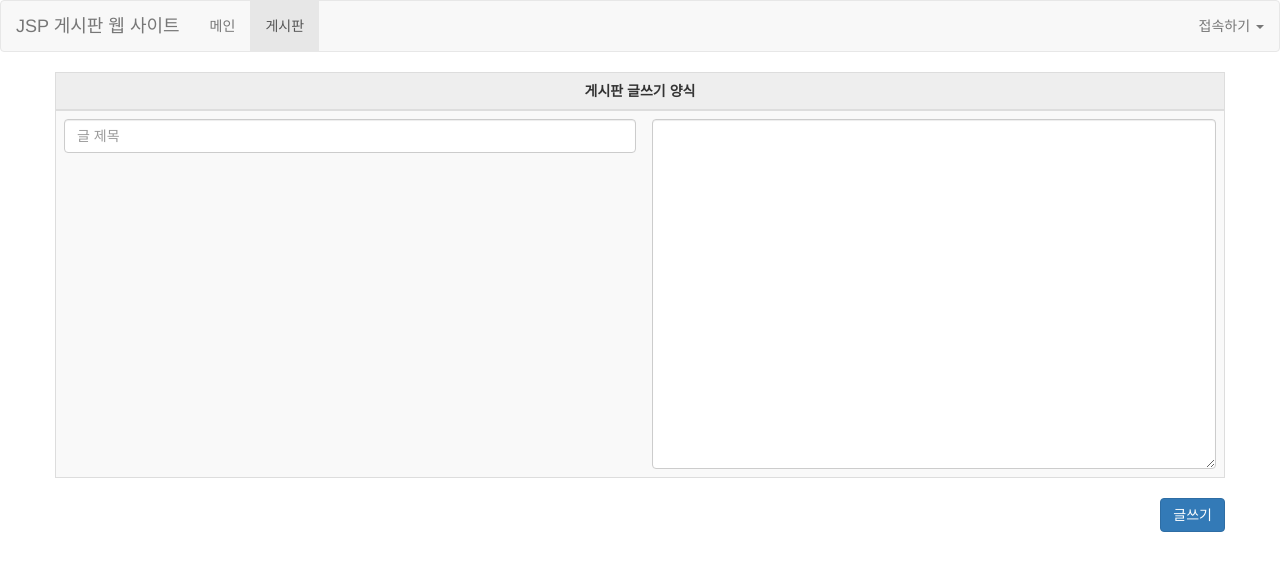
Repository: TheChok/BbsClone
Page: http://localhost/BBS/view.jsp
These files come from the project's save history. The page is drawn as it stood at one moment and after the next save; the edit follows.
The browser window is 1280 px wide. The pictures show the whole page.
Some web libraries are served in a nearby version. The page is served by Tomcat 9. Other server files are loaded and not shown.

Above is the page before, as saved 2023-09-21 12:02:59.

### BBS/src/main/webapp/view.jsp
<%@ page language="java" contentType="text/html; charset=UTF-8" pageEncoding="UTF-8" %>
<%@ page import="java.io.PrintWriter" %>
<!DOCTYPE html>
<html>
<head>
	<meta http-equiv="Content-Type" content="text/html; charset=UTF-8">
	<meta name="viewport" content="width=device-width", initial-scale="1">
	<link rel="stylesheet" href="css/bootstrap.css">
	<title>JSP 게시판 웹 사이트</title>
</head>
<body>
	<%
		String userID = null;
		if(session.getAttribute("userID") != null) {
			userID = (String) session.getAttribute("userID");
		}
	%>
	<!-- navbar -->
	<nav class="navbar navbar-default">
		<div class="navbar-header">
			<button type="button" class="navbar-toggle"
				data-toggle="collapse" data-target="#bs-example-navbar-collapse-1"
				aria-expanded="false">
				<span class="icon-bar"></span>
				<span class="icon-bar"></span>
				<span class="icon-bar"></span>
			</button>
			<a class="navbar-brand" href="main.jsp">JSP 게시판 웹 사이트</a>
		</div>

		<div class="collapse navbar-collapse" id="bs-example-navbar-collapse-1">
			<ul class="nav navbar-nav">
				<li><a href="main.jsp">메인</a></li>
				<li class='active'><a href="bbs.jsp">게시판</a></li>
			</ul>

			<%
				if(userID == null) {
			%>
				<ul class="nav navbar-nav navbar-right">
					<li class="dropdown">
						<a href="#" class="dropdown-toggle"
							data-toggle="dropdown" role="button" aria-haspopup="true"
							aria-expanded="false">
							접속하기
							<span class="caret"></span>
						</a>
						<ul class="dropdown-menu">
							<li><a href="login.jsp">로그인</a></li>
							<li><a href="join.jsp">회원가입</a></li>
						</ul>
					</li>
				</ul>
			<%
				} else {
			%>
				<ul class="nav navbar-nav navbar-right">
					<li class="dropdown">
						<a href="#" class="dropdown-toggle"
							data-toggle="dropdown" role="button" aria-haspopup="true"
							aria-expanded="false">
							회원관리
							<span class="caret"></span>
						</a>
						<ul class="dropdown-menu">
							<li><a href="logoutAction.jsp">로그아웃</a></li>
						</ul>
					</li>
				</ul>
			<%
				}
			%>
		</div>
	</nav>
	<!-- End - navbar -->

	<div class="container">
		<div class="row">
			<table class="table table-striped" style="text-align:center; border:1px solid #dddddd">
				<thead>
					<tr>
						<th colspan="2" style="background-color:#eeeeee; text-align:center;">게시판 글쓰기 양식</th>
					</tr>
				</thead>
				<tbody>
					<tr>
						<td>
							<input type="text" class="form-control" placeholder="글 제목" name="bbsTitle" maxlength="50" />
						</td>
						<td>
							<textarea type="text" class="form-control" placeholder="글 내용" name="bbsContent" maxlength="2048" style="height:350px;">
							</textarea>
						</td>
					</tr>
				</tbody>
			</table>
			<a href="write.jsp" class="btn btn-primary pull-right">글쓰기</a>
		</div>
	</div>



	<script src="https://code.jquery.com/jquery-3.1.1.min.js"></script>
	<script src="js/bootstrap.js"></script>
</body>
</html>

Loaded but not shown: BBS/src/main/webapp/css/bootstrap.css (library); BBS/src/main/webapp/js/bootstrap.js (library)

After the next save:
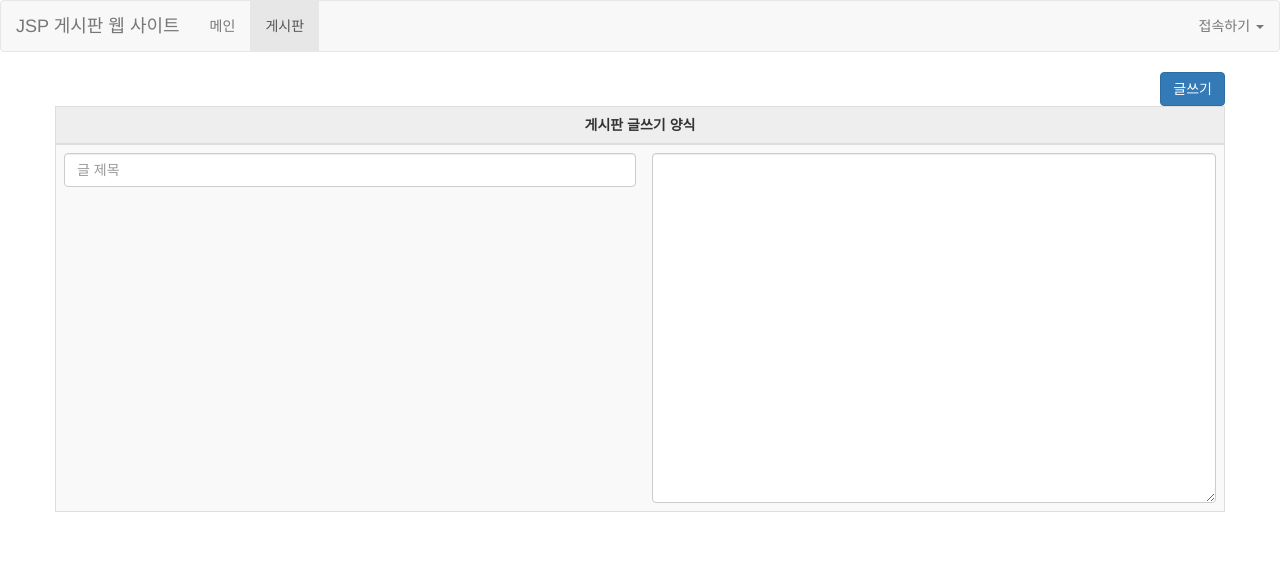
Saved 13 s later.
--- a/BBS/src/main/webapp/view.jsp
+++ b/BBS/src/main/webapp/view.jsp
@@ -93,8 +93,8 @@
 						</td>
 					</tr>
 				</tbody>
+				<a href="write.jsp" class="btn btn-primary pull-right">글쓰기</a>
 			</table>
-			<a href="write.jsp" class="btn btn-primary pull-right">글쓰기</a>
 		</div>
 	</div>
 
